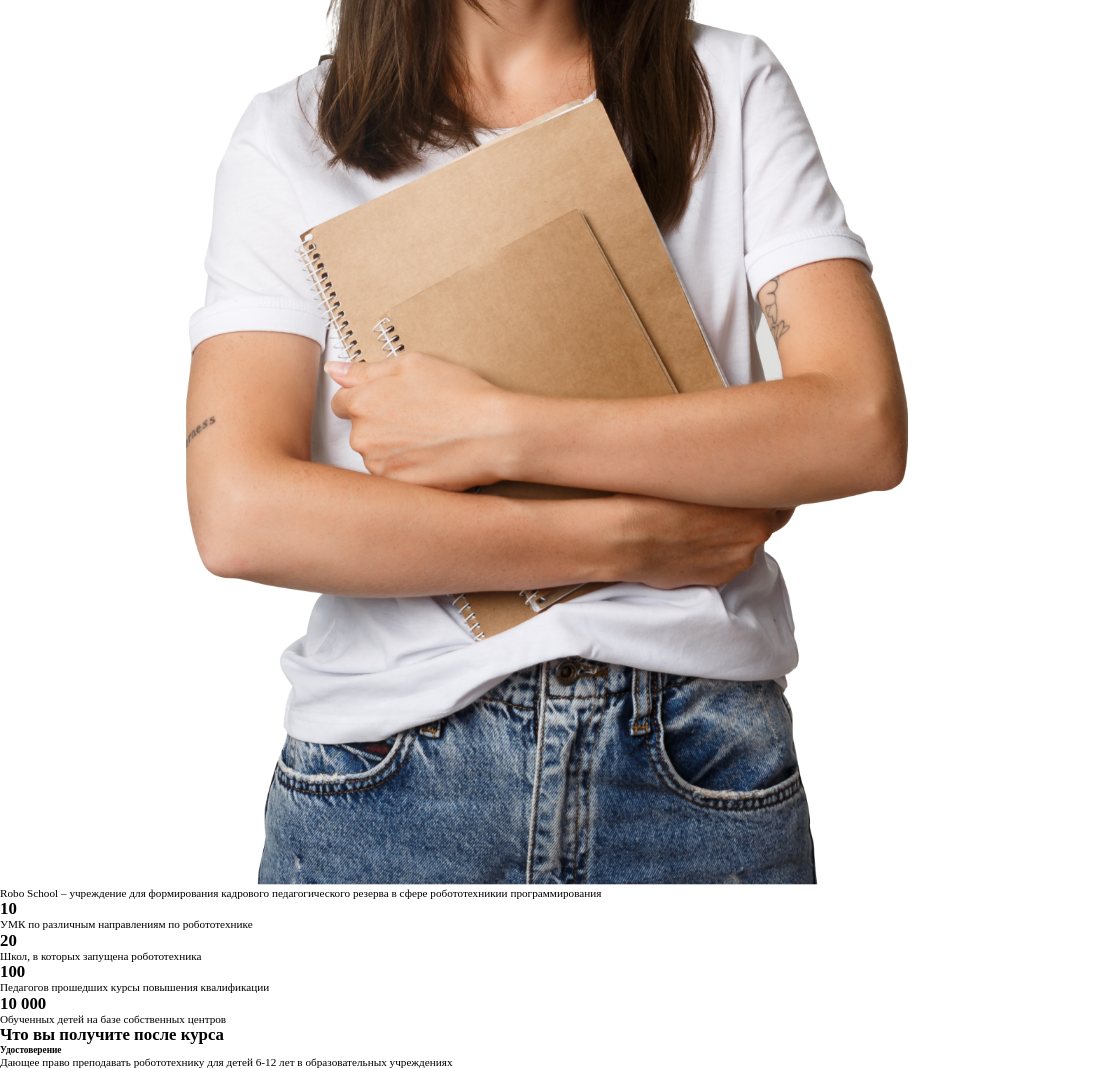
Repository: Shaiyr1/robo
Page: index.html
The author's editor kept a copy of each file at every save. The page is drawn from the files as they stood at one save, then again after the next save.
The browser window is 1280 px wide. The page is 1566 px wide, so the pictures cover 1566 px, including what lies to the right of the window. The pictures show the part of the page from y = 726 to 2286 px (the page is 2252 px tall before and 2286 px after), at 70% of full size.

Above is the page before, as saved 2026-11-02 16:44:56.

### index.html
<!DOCTYPE html>
<html lang="en">

<head>
    <meta charset="UTF-8">
    <meta http-equiv="X-UA-Compatible" content="IE=edge">
    <meta name="viewport" content="width=device-width, initial-scale=1.0">
    <link rel="stylesheet" href="./src/css/style.css">
    <title>Document</title>
</head>

<body>
    <header class="header">
        <nav class="header-nav">
            <a class="header-nav__link" href="">
                ROBO.SCHOOL
            </a>
            <ul class="header-nav__ul">
                <li class="header-nav__li">
                    <a class="header-nav__li-link" href="">О школе</a>
                </li>
                <li class="header-nav__li">
                    <a class="header-nav__li-link" href="">Тренеры</a>
                </li>
                <li class="header-nav__li">
                    <a class="header-nav__li-link" href="">Стоимость</a>
                </li>
            </ul>
            <a class="header-nav__number" href="">+7 800 000 11 22</a>
        </nav>
    </header>
    <main>
        <section class="home">
            <div class="container home_blocks">
                <div class="home-block">
                    <h1 class="home-block__title">ROBO SCHOOL</h1>
                    <p class="home-block__subtitle">Курсы повышения квалификации по робототехнике для педагогов
                        начальной школы</p>
                    <button class="home-block__btn">Записаться на курс</button>
                </div>
                <img class="home__img" src="./src/img/Group 211 (5).png" alt="homeImage">
            </div>
        </section>
        <section class="about">
            <div class="container">
                <p class="about__text">
                    <span>Robo School</span> – учреждение для формирования кадрового педагогического резерва в сфере
                    робототехникии программирования
                </p>
                <div class="about-items">
                    <div class="about-item">
                        <h2 class="about-item__number">10</h2>
                        <p class="about-item__text">
                            УМК по различным направлениям по робототехнике
                        </p>
                    </div>
                    <div class="about-item">
                        <h2 class="about-item__number">20</h2>
                        <p class="about-item__text">
                            Школ, в которых запущена робототехника
                        </p>
                    </div>
                    <div class="about-item">
                        <h2 class="about-item__number">100</h2>
                        <p class="about-item__text">
                            Педагогов прошедших курсы повышения квалификации
                        </p>
                    </div>
                    <div class="about-item">
                        <h2 class="about-item__number">10 000</h2>
                        <p class="about-item__text">
                            Обученных детей на базе собственных центров
                        </p>
                    </div>
                </div>
            </div>
        </section>
        <section class="result">
            <div class="container">
                <h2 class="result__title">Что вы получите после курса</h2>
                <div class="result-blocks">
                    <div class="result-block">
                        <h5 class="result-block__title">Удостоверение</h5>
                        <p class="result-block__text">Дающее право преподавать робототехнику для детей 6-12 лет в образовательных учреждениях</p>
                    </div>
                </div>
            </div>
        </section>
    </main>
</body>

</html>

### src/css/style.css
* {
    margin: 0;
    padding: 0;
    -webkit-box-sizing: border-box;
    box-sizing: border-box
}

After the next save:
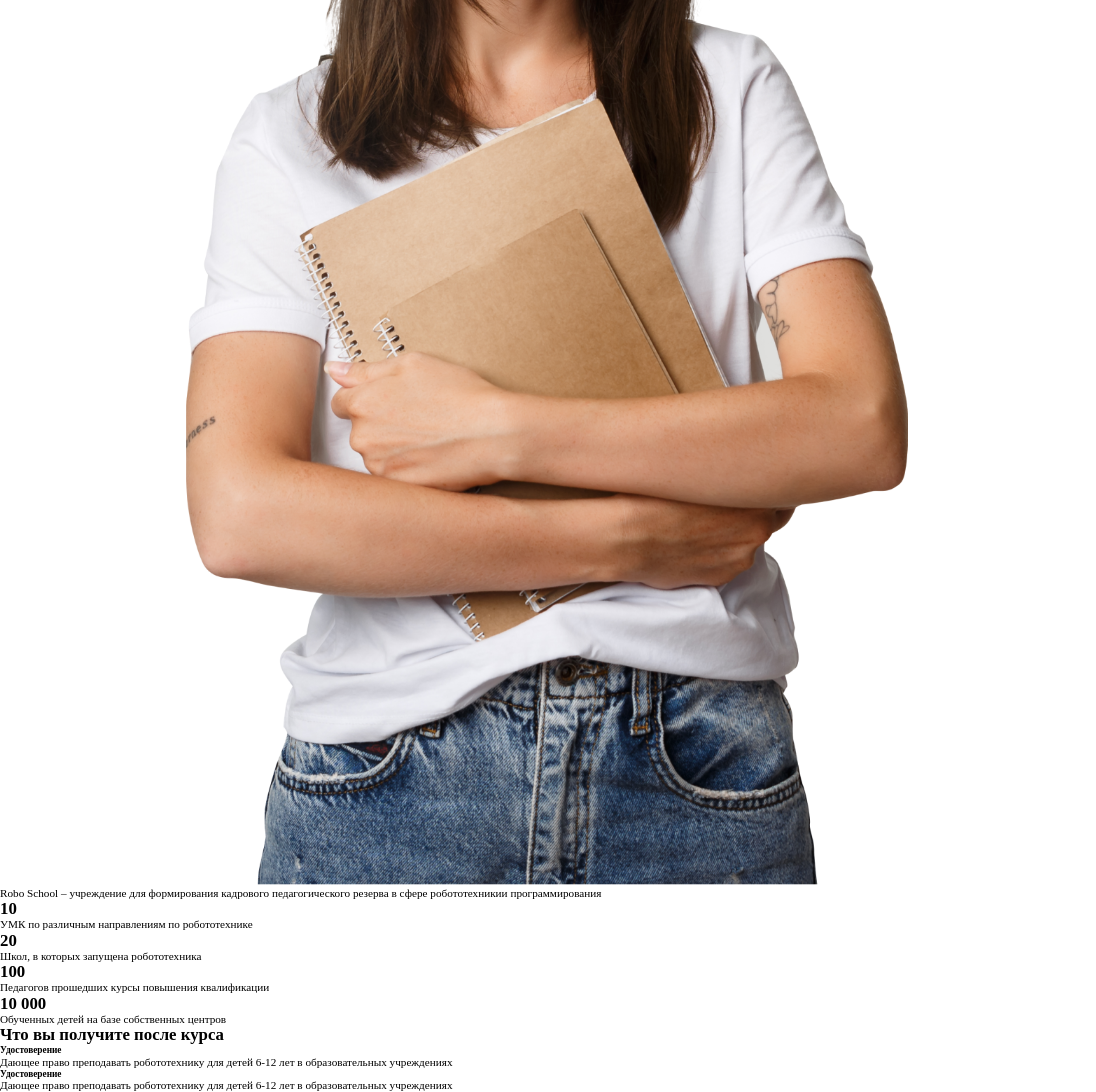
Saved 10 s later.
--- a/index.html
+++ b/index.html
@@ -83,6 +83,10 @@
                         <h5 class="result-block__title">Удостоверение</h5>
                         <p class="result-block__text">Дающее право преподавать робототехнику для детей 6-12 лет в образовательных учреждениях</p>
                     </div>
+                    <div class="result-block">
+                        <h5 class="result-block__title">Удостоверение</h5>
+                        <p class="result-block__text">Дающее право преподавать робототехнику для детей 6-12 лет в образовательных учреждениях</p>
+                    </div>
                 </div>
             </div>
         </section>
